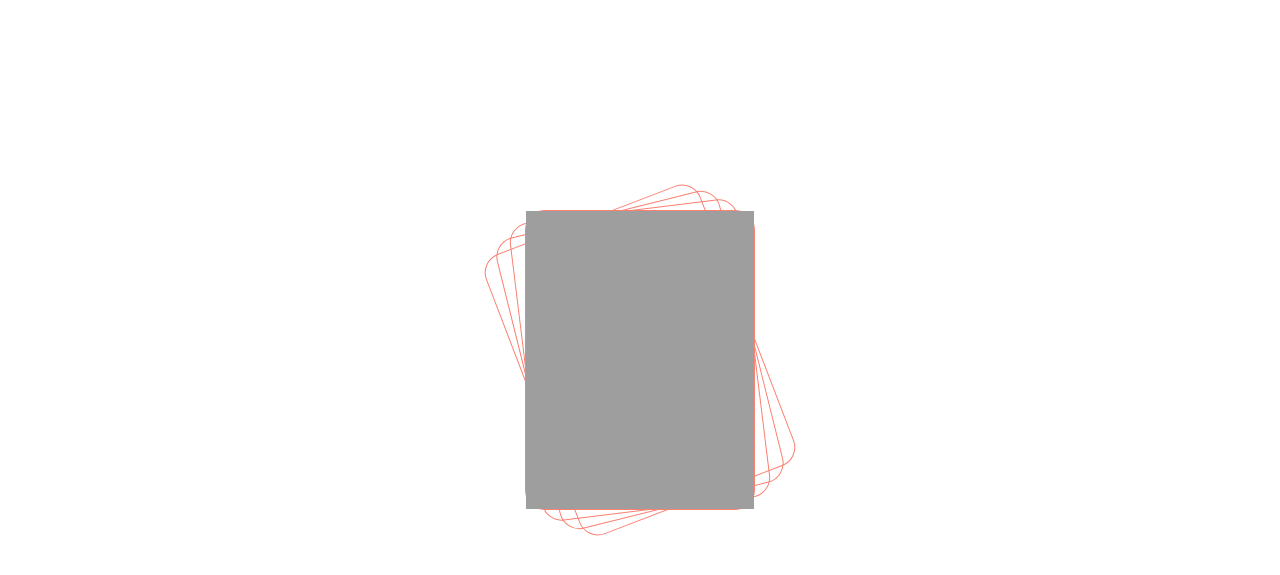
Repository: Chiranshukapil/html_css
Page: cards/index.html
The author's editor kept a copy of each file at every save. The page is drawn from the files as they stood at one save, then again after the next save.
The browser window is 1280 px wide. The pictures show the whole page.
Pictures or frames that could not be fetched are drawn as grey boxes.

Above is the page before, as saved 2024-06-09 00:27:58.

### cards/index.html
<!DOCTYPE html>
<html lang="en">
    <head>
        <meta charset="UTF-8">
        <meta name="viewport" content="width=device-width, initial-scale=1.0">
        <title>Pokemon Cards</title>
        <link rel="stylesheet" href="style.css">
    </head>
    <body>
        <div id="main">

            <div id="card1" class="card">
                <img src="https://images.unsplash.com/photo-1613771404721-1f92d799e49f?w=500&auto=format&fit=crop&q=60&ixlib=rb-4.0.3&ixid=M3wxMjA3fDB8MHxzZWFyY2h8M3x8cG9rZWJhbGx8ZW58MHx8MHx8fDA%3D">
            </div>
            <div id="card2" class="card"></div>
            <div id="card3" class="card"></div>
            <div id="card4" class="card"></div>

        </div>
    </body>
</html>

### cards/style.css
*{
    margin: 0%;
    padding: 0%;
    box-sizing: border-box;
}

html,body{
    height: 100%;
    width: 100%;

}

#main{
    width: 100%;
    height: 100%;
    display: flex;
    align-items: center;
    justify-content: center;
}

.card{
    position: absolute;
    /* top: 50%;
    left: 50%; */
    /* transform: translate(-50%,-50%); */
    height: 300px;
    width: 230px;
    border: 1px solid salmon;
    border-radius: 20px;

}

#card1{
    z-index: 4;
    transform-origin: center;
}
#card2{
    z-index: 3;
    transform-origin: center;
    rotate: -7deg;
}
#card3{
    z-index: 2;
    transform-origin: center;
    rotate: -14deg;
}
#card4{
    transform-origin: center;
    z-index: 1;
    rotate: -21deg;
}

img{
    width: 100%;
    height: 100%;
    object-fit: none;

}

After the next save:
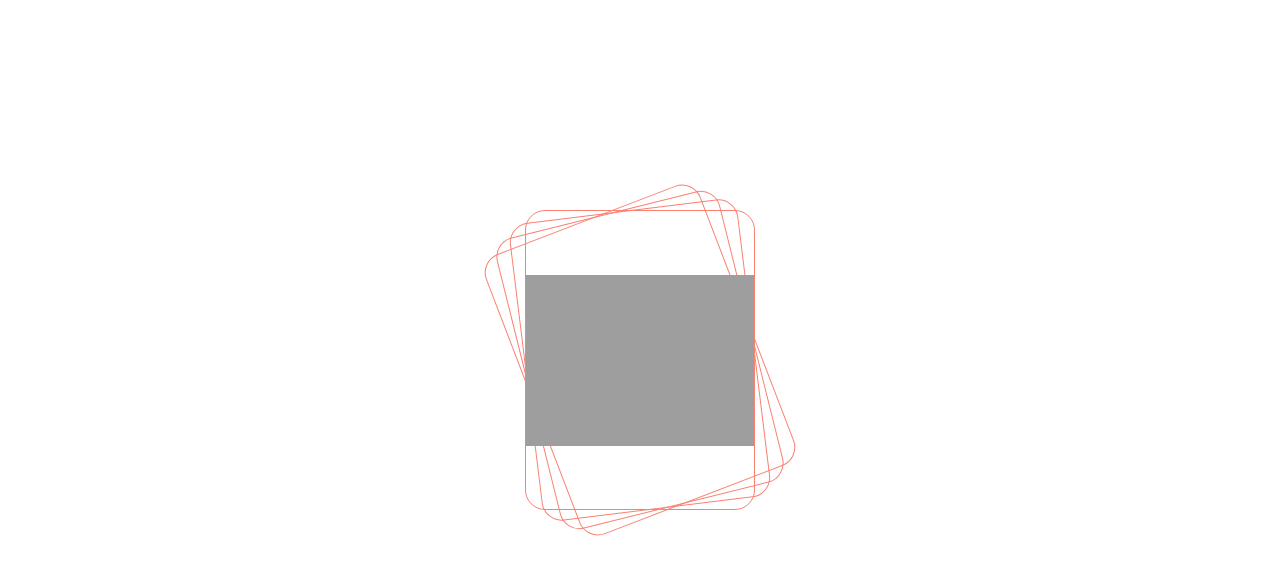
Saved 11 s later.
--- a/cards/style.css
+++ b/cards/style.css
@@ -53,6 +53,6 @@
 img{
     width: 100%;
     height: 100%;
-    object-fit: none;
+    object-fit: scale-down;
 
 }

After the save that followed:
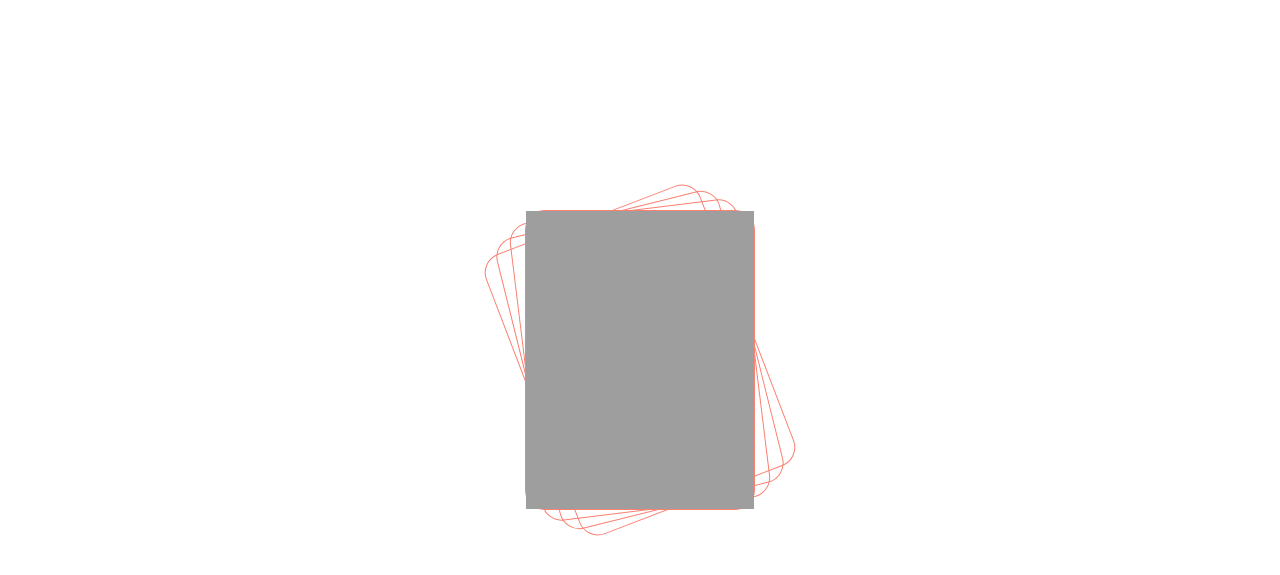
Saved 7 s later.
--- a/cards/style.css
+++ b/cards/style.css
@@ -53,6 +53,7 @@
 img{
     width: 100%;
     height: 100%;
-    object-fit: scale-down;
+    object-fit: scale-cover
+    ;
 
 }
